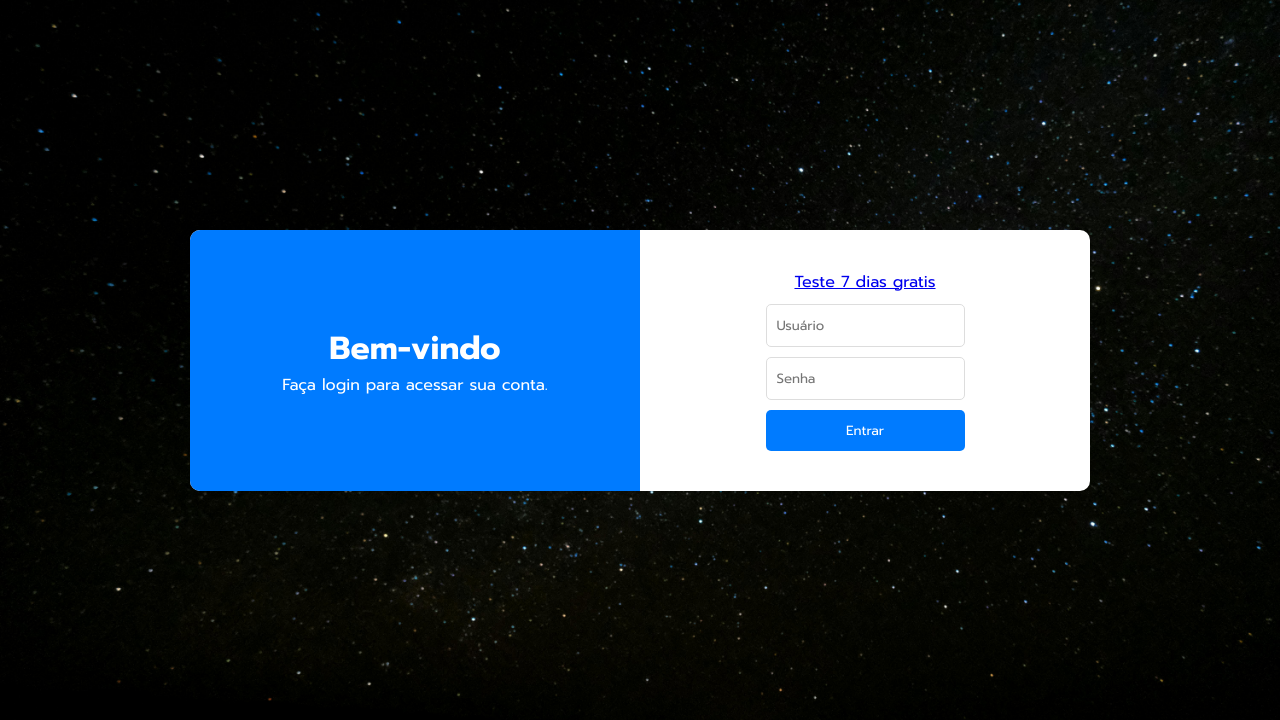
Repository: joao-paulo-paiva/tela-login
Page: index.html
The author's editor kept a copy of each file at every save. The page is drawn from the files as they stood at one save, then again after the next save.
The browser window is 1280 px wide. The pictures show the whole page.

Above is the page before, as saved 2025-04-15 11:11:52.

After the next save:
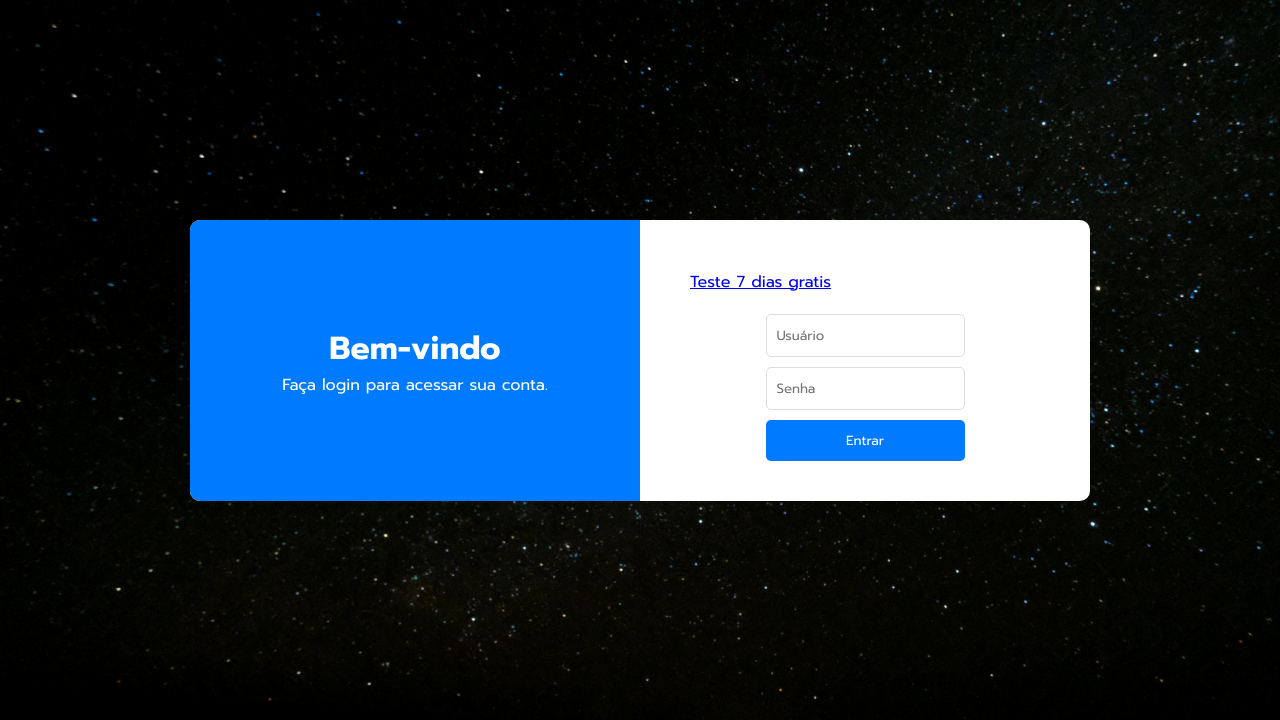
Saved 20 s later.
--- a/style.css
+++ b/style.css
@@ -55,7 +55,8 @@ input {
     border-radius: 5px;
 }
 .teste-gratis{
-
+    width: 100%;
+    padding: 10px;
 }
 button {
     width: 100%;
